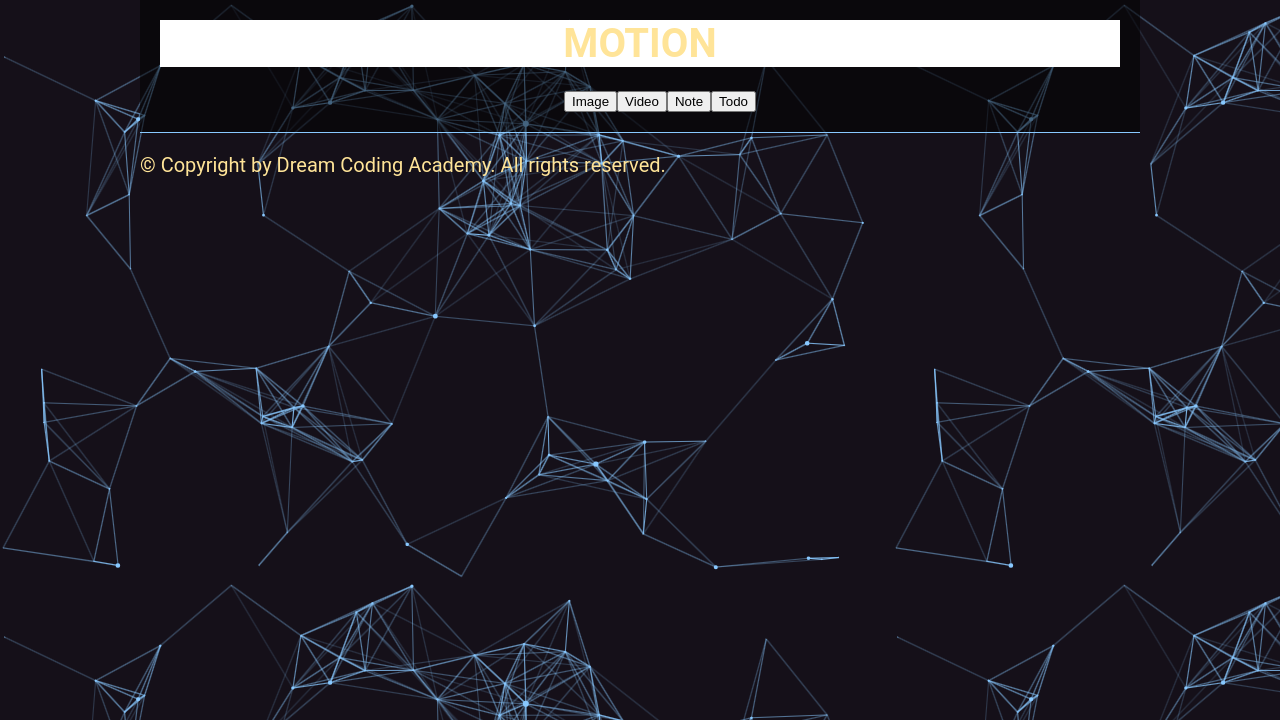
Repository: chefkuna/Motion
Page: index.html
These files come from the project's save history. The page is drawn as it stood at one moment and after the next save; the edit follows.
The browser window is 1280 px wide. The pictures show the whole page.

Above is the page before, as saved 2022-08-21 14:44:15.

After the next save:
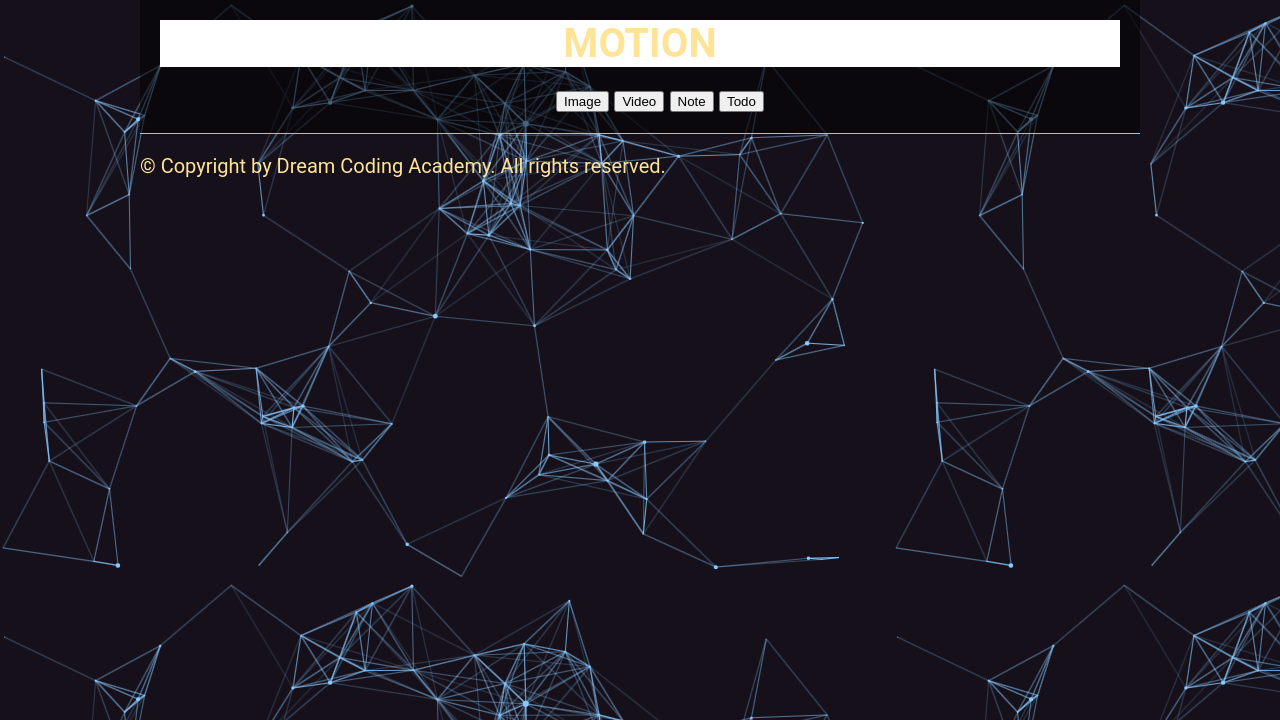
Saved 18 s later.
--- a/style/style.css
+++ b/style/style.css
@@ -61,3 +61,7 @@ body {
   align-items: center;
   justify-content: center;
 }
+
+.create-button {
+  margin: 0.1em 0.2em;
+}
